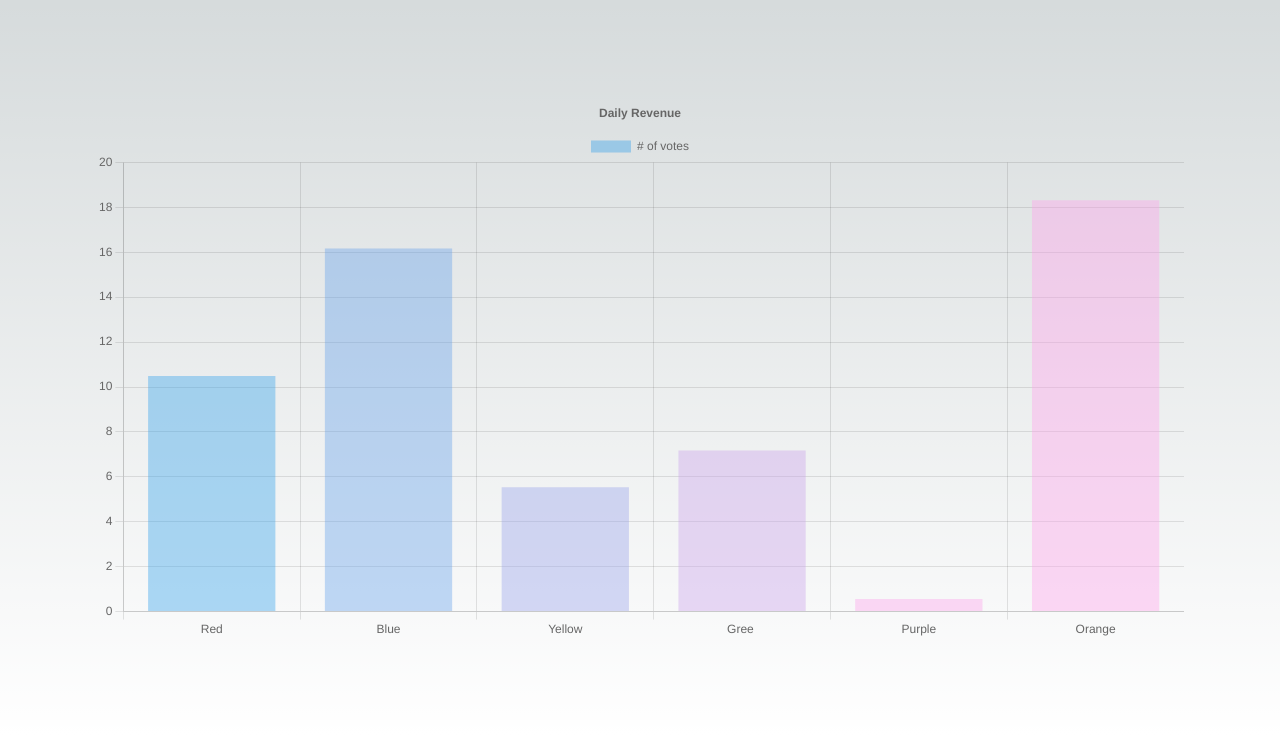
Repository: klee616/exercise-5
Page: /
These files come from the project's save history. The page is drawn as it stood at one moment and after the next save; the edit follows.
The browser window is 1280 px wide. The pictures show the whole page.
The project was rebuilt for these pictures with package versions that can differ from the ones it lists, and the page was loaded fresh each time. The framework's server and built-in components were replaced by stand-ins that run in the browser. Also part of the build but not shown: next.config.mjs, components/VerticalChart/index.js, components/HorizontalChart/index.js.

Above is the page before, as saved 2024-04-15 10:41:18.

After the next save:
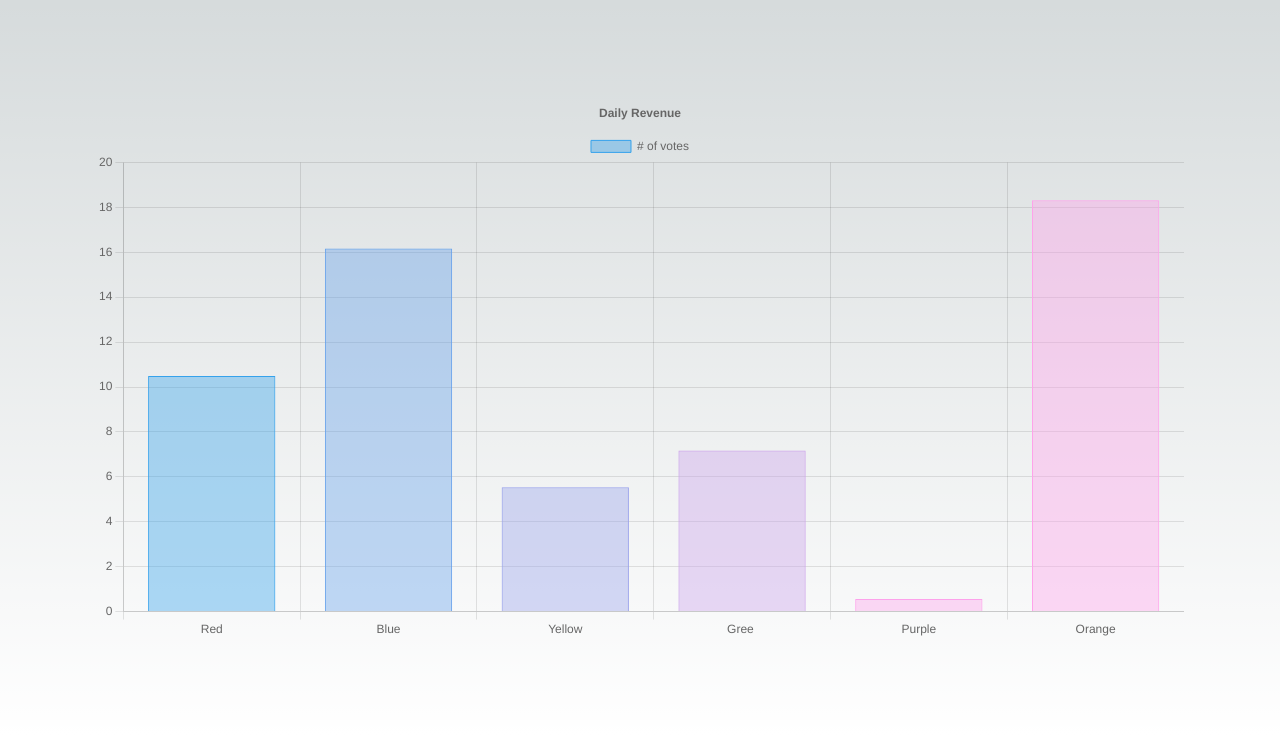
Saved 109 s later.
--- a/components/PieChart/index.js
+++ b/components/PieChart/index.js
@@ -36,7 +36,8 @@ export default function PieChart() {
                     'rgba(203, 162, 235, 0.4)',
                     'rgba(253, 162, 235, 0.4)',
                     'rgba(303, 162, 235, 0.4)',
-                ]
+                ],
+                borderWidth: 1
             }]
         });
 
